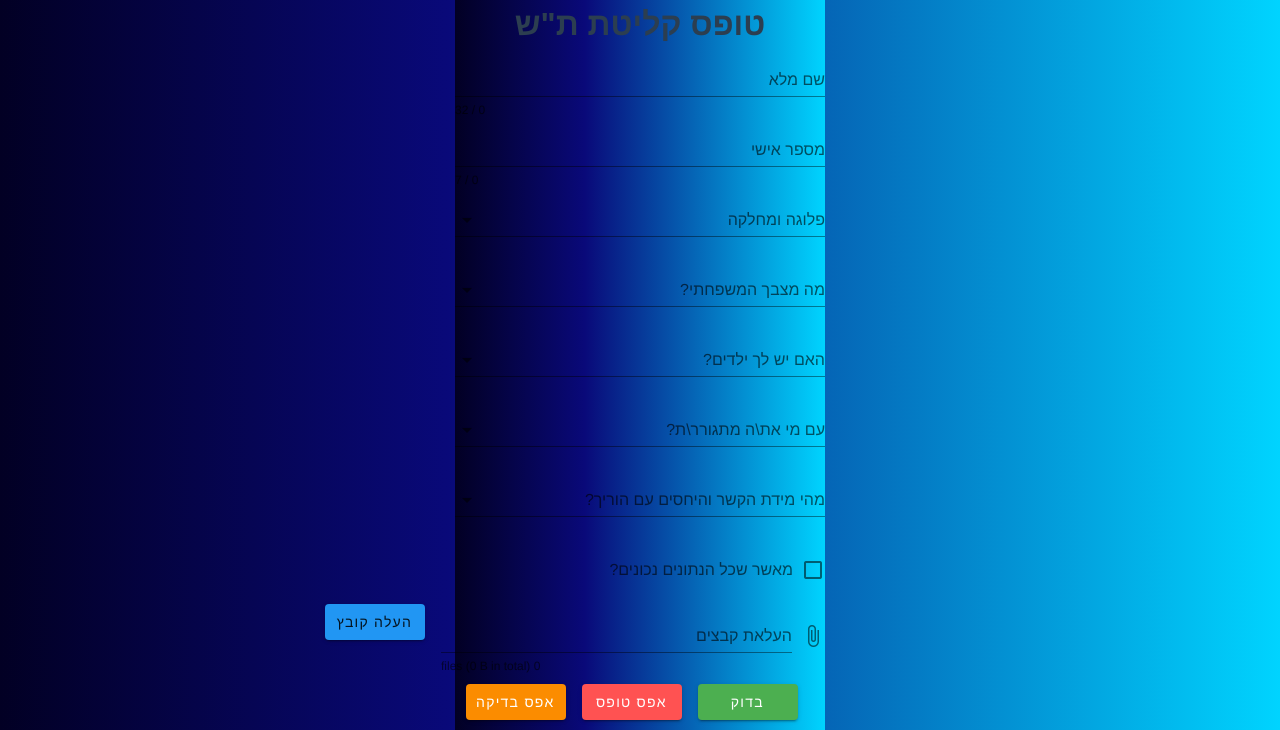
Repository: Natanhel/klitat-tash
Page: /
The author's editor kept a copy of each file at every save. The page is drawn from the files as they stood at one save, then again after the next save.
The browser window is 1280 px wide. The pictures show the whole page.
The page's requests for data from a server got no answer. The project was rebuilt for these pictures with package versions that can differ from the ones it lists, and the page was loaded fresh each time. No one was signed in, and anything a server would have sent is missing. Also part of the build but not shown: vue.config.js.

Above is the page before, as saved 2020-12-01 18:04:46.

### src/App.vue
<template>
  <div id="app">
    <v-app>

      <h1>טופס קליטת ת"ש</h1>

      <v-form
        ref="form"
        v-model="valid"
        lazy-validation
      >
        <v-text-field
          v-model="name"
          :counter="32"
          :rules="nameRules"
          label="שם מלא"
          required
        ></v-text-field>

        <v-text-field
          v-model="pernr"
          :counter="7"
          :rules="pernrRules"
          label="מספר אישי"
          required
        ></v-text-field>

        <v-select
          v-model="select"
          :items="items"
          :rules="[v => !!v || 'נדרש להזין פלוגה ומחלקה']"
          label="פלוגה ומחלקה"
          required
        ></v-select>

        <v-select
          v-model="select"
          :items="familyItems"
          :rules="[v => !!v || 'נדרש להזין מצב משפחתי']"
          label="מה מצבך המשפחתי?"
          required
        ></v-select>

        <v-select
          v-model="select"
          :items="haveKidsItems"
          :rules="[v => !!v || 'נדרש להזין']"
          label="האם יש לך ילדים?"
          required
        ></v-select>

        <v-select
          v-model="select"
          :items="livingWithItems"
          :rules="[v => !!v || 'נדרש להזין']"
          label="עם מי את\ה מתגורר\ת?"
          required
        ></v-select>

        <v-select
          v-model="select"
          :items="parentsStatusItems"
          :rules="[v => !!v || 'נדרש להזין']"
          label="מהי מידת הקשר והיחסים עם הוריך?"
          required
        ></v-select>

        <v-checkbox
          v-model="checkbox"
          :rules="[v => !!v || 'עליך לאשר על מנת להמשיך!']"
          label="מאשר שכל הנתונים נכונים?"
          required
        ></v-checkbox>

      <div class="upload">

        <v-file-input v-model="files" show-size counter  chips label="העלאת קבצים"></v-file-input>

        <v-btn
          color="blue"
          class="mr-4"
          @click="uploadFile"
        >
          העלה קובץ
        </v-btn>
      </div>
      <div class="btn-group">
        <v-btn
          :disabled="!valid"
          color="success"
          class="mr-4"
          @click="validate"
        >
          בדוק
        </v-btn>

        <v-btn
          color="error"
          class="mr-4"
          @click="reset"
        >
          אפס טופס
        </v-btn>

        <v-btn
          color="warning"
          class="mr-4"
          @click="resetValidation"
        >
          אפס בדיקה
        </v-btn>
      </div>

      </v-form>
    </v-app>
  </div>
</template>

<script>
import axios from 'axios';

export default {
  name: 'App',
  mounted(){
    // login
    const data = JSON.stringify({"password":"passward","email":"natanhelp@gmail.com"});

    const config = {
      method: 'post',
      url: 'https://nat-task-manager.herokuapp.com/users/login',
      headers: {
        'Content-Type': 'application/json'
      },
      data : data
    };

    axios(config)
      .then((response) => {
        this.userToken = response.data.token
      })
      .catch((error) => {
        console.log(error);
      })
  },

  data: () => ({
    userToken: '',
    files: null,
    valid: true,
    name: '',
    nameRules: [
      v => !!v || 'נדרש להזין שם',
      v => !(v && v.length <= 4) || 'על השם להיות ארוך מ-4 תווים',
    ],
    pernr: '',
    pernrRules: [
      v => !!v || 'נדרש להזין מספר אישי',
      v => !(v.length !== 7) || 'על המספר להיות בדיוק 7 תווים'
    ],
    select: null,
    items: [
      'ו1',
      'ו2',
      'ו3',
      'ו4',
      'ו5',
    ],
    familyItems: [
      'רווק/ה',
      'נשוי/ה',
      'גרוש/ה'
    ],
    haveKidsItems: [
      'כן', 'לא'
    ],
    livingWithItems: [
      'מתוגרר/ת עם ההורים (אחד מהם לפחות)',
      'איני מתגורר/ת עם ההורים'
    ],
    parentsRelationsItems: [
      'בקשר עם שניהם ויחסים תקינים',
      'בקשר וביחסיפ תקינים (רק עם אחד מהם)',
      'בקשר עם שניהם/אחד מהם ומערכת יחסים רעועה',
      'לא בקשר בכלל'
    ],
    parentsStatusItems: [
      'נשואים',
      'גרושים',
      'פרודים',
      'אלמנ/ה',
      'רווק/ה'
    ],
    checkbox: false,
  }),
  methods: {
    validate () {
      this.$refs.form.validate()
    },
    reset () {
      this.$refs.form.reset()
    },
    resetValidation () {
      this.$refs.form.resetValidation()
    },
    async uploadFile() {
      var FormData = require('form-data');
      var data = new FormData();
      const buffer = await this.files.arrayBuffer()

      data.append('avatar', buffer)

      var config = {
        method: 'post',
        url: 'https://nat-task-manager.herokuapp.com/users/me/avatar',
        headers: {
          'Authorization': 'Bearer ' + this.userToken,
          ...data
        },
        data : data
      }

      axios(config)
      .then(function (response) {
        console.log(JSON.stringify(response.data));
      })
      .catch(function (error) {
        console.log(error);
      })
    }
  },
}
</script>

<style>
#app {
  font-family: Avenir, Helvetica, Arial, sans-serif;
  -webkit-font-smoothing: antialiased;
  -moz-osx-font-smoothing: grayscale;
  text-align: center;
  color: #2c3e50;
  margin-top: 60px;
}

form
{
  width: 370px;
}

#app
{
  padding: 0; margin: 0;
  display: flex;
  align-items: center;
  justify-content: center;
}

.v-btn
{
  width: 100px;
}

.btn-group{
  width: 100%;
  padding: 10px;
}

.upload
{
  display: flex;
  flex-direction: row;
  width: 500px;
}
html,
#app
{
  background: rgb(2,0,36);
  background: linear-gradient(90deg, rgba(2,0,36,1) 0%, rgba(9,9,121,1) 35%, rgba(0,212,255,1) 100%);

}
</style>

### src/plugins/vuetify.js
import Vue from 'vue';
import Vuetify from 'vuetify/lib';

Vue.use(Vuetify);

export default new Vuetify({
    rtl: true,
});

Loaded but not shown: public/index.html (common file); src/main.js (common file)

After the next save:
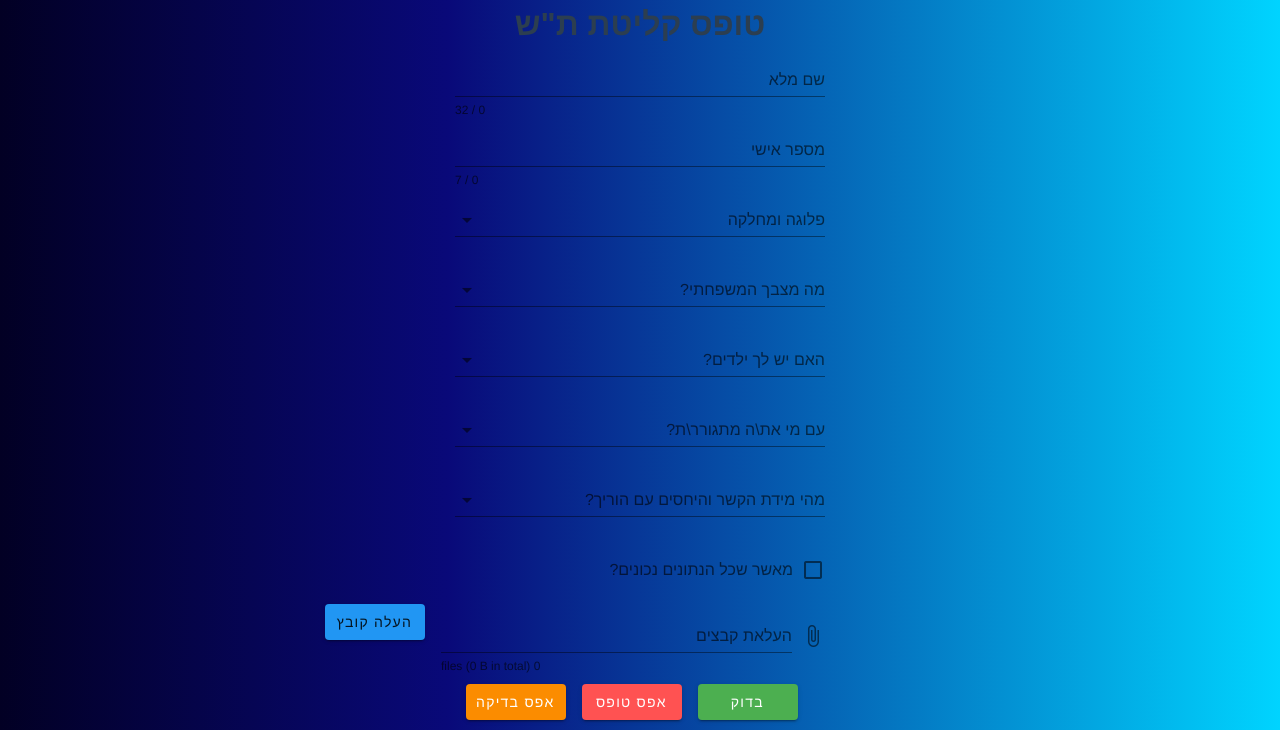
Saved 13 s later.
--- a/src/App.vue
+++ b/src/App.vue
@@ -252,6 +252,7 @@ form
   display: flex;
   align-items: center;
   justify-content: center;
+  background-color: transparent;
 }
 
 .v-btn
@@ -270,8 +271,7 @@ form
   flex-direction: row;
   width: 500px;
 }
-html,
-#app
+html
 {
   background: rgb(2,0,36);
   background: linear-gradient(90deg, rgba(2,0,36,1) 0%, rgba(9,9,121,1) 35%, rgba(0,212,255,1) 100%);
